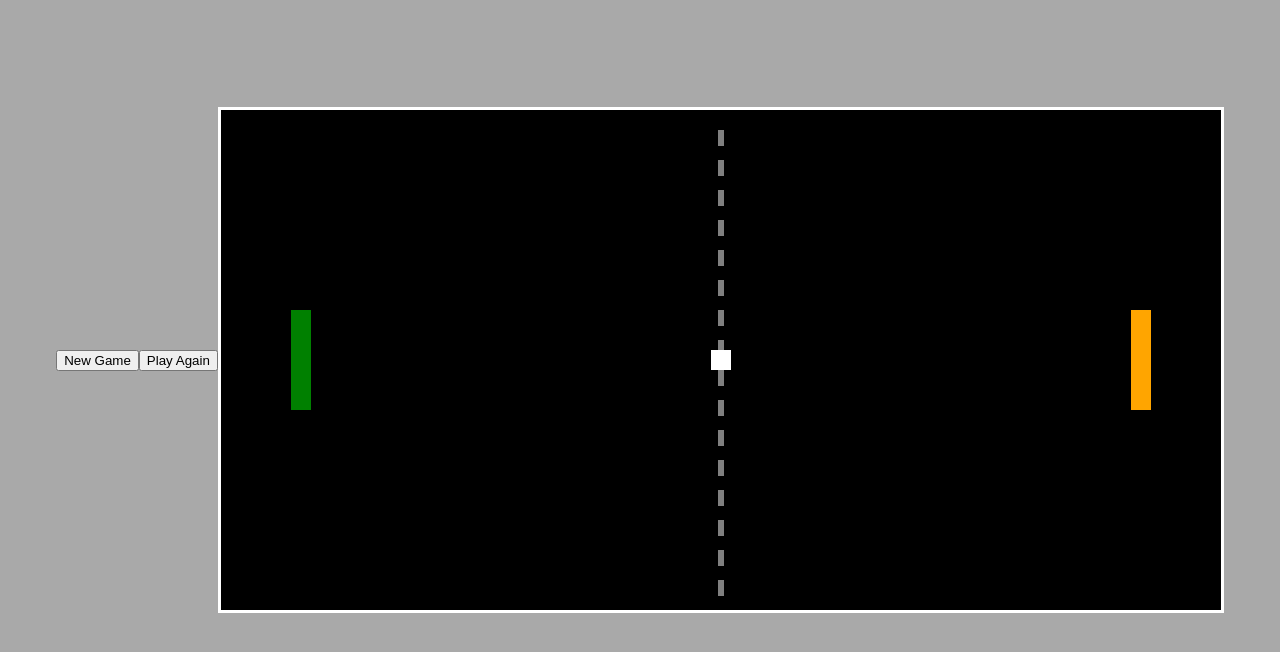
Repository: Dawid-Krasik/Ping-Pong.JS
Page: index.html
An editor plug-in stored every save of this project. The page is shown before and after the next save, followed by the edit.
The browser window is 1280 px wide. The pictures show the whole page.

Above is the page before, as saved 2019-09-29 20:38:09.

### index.html
<!DOCTYPE html>
<html lang="en">
<head>
    <meta charset="UTF-8">
    <meta name="viewport" content="width=device-width, initial-scale=1.0">
    <meta http-equiv="X-UA-Compatible" content="ie=edge">
    <script src="script.js" async></script>
    <link rel="stylesheet" type="text/css" href="style.css">
    <title>Game</title>
</head>
<body>
<button id="newGameButton">New Game</button>
<button id="playAgainButton">Play Again</button>
    <canvas>

    </canvas>

</body>
</html>

### script.js
/*
 * Pong Game
 *
 * made By Dawid .K
 *
 *
 */


// DOM documents and claim Varibles
const canvas = document.querySelector("canvas"),
      ctx = canvas.getContext("2d");
let newGameB = document.getElementById("newGameButton"),
    playAgainB = document.getElementById("playAgainButton");

    canvas.width = 1000;
    canvas.height = 500;

    // All Varibles

const cw = canvas.width;
const ch = canvas.height;

const ballSize = 20;
let ballX = cw / 2 - ballSize / 2
let ballY = ch / 2 - ballSize / 2

const paddleWidth = 20;
const paddleHieght = 100;

const playerX = 70;
const aiX = 910;

let playerY = 200;
let aiY = 200;

const lineWidth = 6;
const lineHeight = 16;

let ballSpeedX = 0;
let ballSpeedY = 0;

let playerPoints = 0;
let aiPoints = 0;

// Cumming Next

let gameStarted = false;
let gameOver = false;
let playerWon = false;

//buttons
function music (){
    let sound = new Audio("sound.mp3");
    sound.loop = true;
    sound.autoplay = true;
    sound.volume = 0.1;

}
function muteM() {
    let sound = new Audio("sound.mp3");
    sound.loop = true;
    sound.autoplay = true;
    sound.volume = 0.1;
    sound.stop = true;
}

newGameB.addEventListener('click', function () {

    gameStarted = false;
    gameOver = false;
    playerWon = false;
    music()

newGameButton.style.display = 'none';

    ballSpeedX = -1;
    ballSpeedY = 1;
});

playAgainB.addEventListener('click', function () {
    endGame()
    muteM()

});


                    /* Functions self descripting Name*/


//player paddel
function player() {
    ctx.fillStyle = 'green';
    ctx.fillRect(playerX, playerY, paddleWidth, paddleHieght);
}

// ai padeln
function ai() {
    ctx.fillStyle = 'orange';
    ctx.fillRect(aiX, aiY, paddleWidth, paddleHieght);
}

// Ball parameters
function ball(){
    ctx.fillStyle = 'white';
    ctx.fillRect(ballX, ballY, ballSize, ballSize);

    //adding movement into the ball
    ballX = ballX + ballSpeedX;
    ballY = ballY + ballSpeedY;

        // setting movement in to the ball top or bottom
        if (ballY <= 0 || ballY + ballSize >= ch ){
          ballSpeedY = -ballSpeedY;
          speedUp()
        }
        // Right and Left
        if (ballX <= 0 || ballX + ballSize >= cw) {
            ballSpeedX = -ballSpeedX;
            speedUp()
        }
}

// fuction discribe table
function table(){
    ctx.fillStyle = 'black';
    ctx.fillRect(0,0, cw, ch);

        // stetting the table to half
        for (let linePosition = 20; linePosition < ch; linePosition +=30){
            ctx.fillStyle = 'gray'
            ctx.fillRect(cw / 2 - lineWidth / 2 , linePosition,
                         lineWidth, lineHeight)
        }
}

//offset  space
topCanvas = canvas.offsetTop;
console.log(topCanvas)

// Function leting mouse control the paddle
function playerPosition (e){

   // console.log("Mouse Position", + (e.clientY - topCanvas));
    playerY = e.clientY - topCanvas - paddleHieght / 2;

    // if paddleHieght hit bottom
    // the position is set to 400 and paddel do
    // not crose the table any more
    if (playerY >= ch - paddleHieght ){
        playerY = ch - paddleHieght;
    }
        // {if} the paddel dont crose top border
        if (playerY <= 0){
            playerY = 0;
        }
}

// setting up speed after hiting borders X and Y
function speedUp(){

   // Speeding up X
    if (ballSpeedX > 0 && ballSpeedX < 16){
        ballSpeedX += 0.2;
    }
    else if (ballSpeedX < 0 && ballSpeedX > -16){
        ballSpeedX -= 0.5;
    }
    // Speeding up Y
    if (ballSpeedY > 0 && ballSpeedY < 16) {
        ballSpeedY += 0.5;
    }
    else if (ballSpeedY < 0 && ballSpeedY > -16) {
        ballSpeedY -= 0.5;
    }
}

// AI Movement function
function aiPosition(){

    const middlePaddel = aiY + paddleHieght / 2;
    const middleBall = ballY + ballSize / 2;

    if (ballX > 500){
        if (middlePaddel - middleBall > 200){
            aiY -= 15
        }
        else if (middlePaddel - middleBall > 50){
            aiY -= 10
        }
            if (middlePaddel - middleBall < -200){
                aiY += 15
            }
            else if (middlePaddel - middleBall < -50){
                aiY += 10
            }
    }
    else if (ballX <= 500 && ballX > 150){
        if (middlePaddel - middleBall > 100){
            aiY -= 5
        }
        else if (middlePaddel - middleBall < -100){
            aiY += 5
        }
    }
}

// funciont adding score
function score (){

    if (ballX <= 20 && aiPoints < 3) {
        aiPoints += 1;
        ballX = cw / 2 - ballSize / 2
        console.log(aiPoints + " " + "Punkty AI ");
        ballSpeedX = 5;
        ballSpeedY = -5;
    }

    if (ballX >= 965 && playerPoints < 3) {
        playerPoints += 1;
        ballX = cw / 2 - ballSize / 2
        console.log(playerPoints + " " + "Punkty gracza");
        ballSpeedX = -5;
        ballSpeedY =  5;
    }
}

// funcion reseting the game
function endGame (){

    ballX = cw / 2 - ballSize / 2
    ballY = ch / 2 - ballSize / 2
    ballSpeedX = 0;
    ballSpeedY = 0;
    playerPoints = 0;
    aiPoints = 0;
    newGameButton.style.display = 'inline';
}

// funcion ending the game affter some 1 get 10 score
     function checkForEnd(){
        if (playerPoints >= 3){
        console.log ("Player Won");
        endGame()
         }

        if (aiPoints >= 3) {
        console.log("Computer Won");
        endGame()
        }
}

// function that check the pozition of the paddle and ball interact with them and return in oposit direction
 function testH(){
     // player Paddle
     if (ballX <= playerX + paddleWidth &&
         ballY >= playerY -20 &&
         ballY <= playerY + paddleHieght ||
         ballX >= cw)
         ballSpeedX = -ballSpeedX;
    //Ai Paddle
    if (ballX >= aiX - paddleWidth &&
         ballY >= aiY - 20 &&
         ballY <= aiY + paddleHieght ||
         ballX >= cw)
         ballSpeedX = -ballSpeedX;
 }




canvas.addEventListener("mousemove", playerPosition)

function game (){
table()
ball()
player()
ai()
aiPosition()
score()
checkForEnd()
testH()
}

setInterval(game,1000 / 60)

            /*

        Pland to do lista :
    -dodać dzwiek do gry
    -dodać dzwiek do odbijania piłeczki
    -dodać okno z punktami
    -dodać poziomy trudności
    -zoptymalizować przyciski


            */

### style.css
body {
    margin:0;
    padding: 0;
    display:flex;
    align-items: center;
    justify-content: center;
    height: 100vh;
    background-color: darkgray;

}
canvas{
   border: 3px solid white;
  /*  */
}

After the next save:
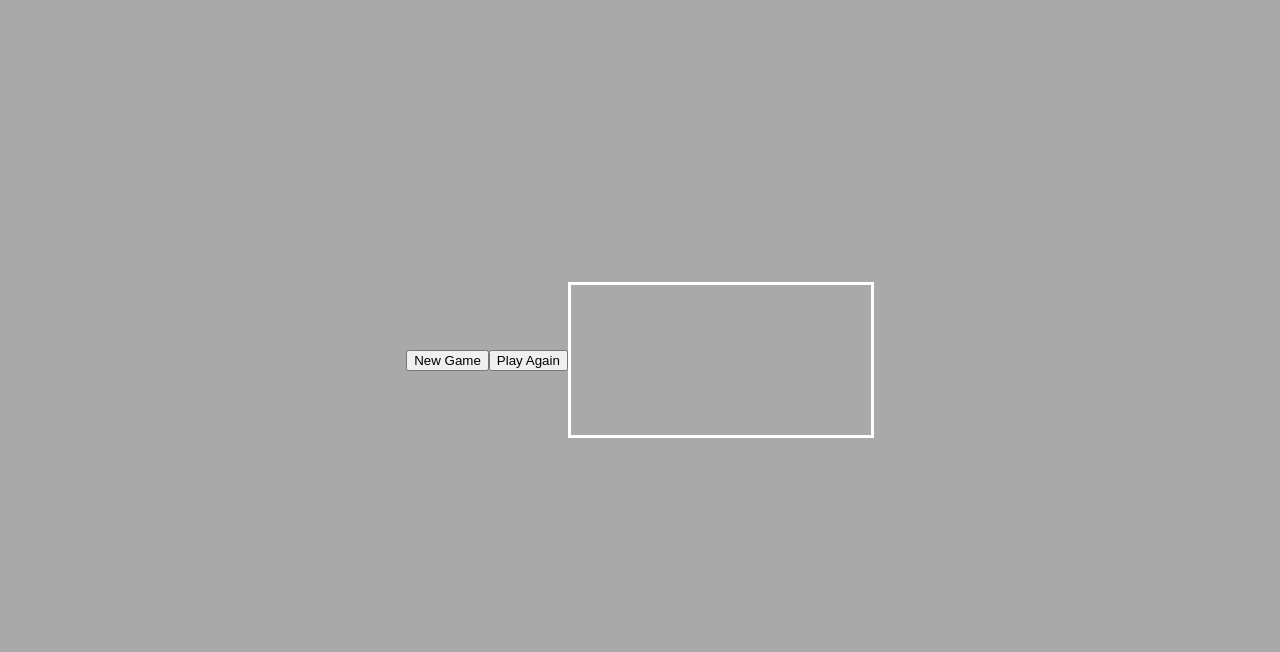
Console error: SyntaxError: Unexpected end of input
Saved 32 s later.
--- a/script.js
+++ b/script.js
@@ -72,16 +72,9 @@
     playerWon = false;
     music()
 
-newGameButton.style.display = 'none';
-
-    ballSpeedX = -1;
-    ballSpeedY = 1;
-});
-
 playAgainB.addEventListener('click', function () {
     endGame()
     muteM()
-
 });
 
 

After the 2 saves that followed:
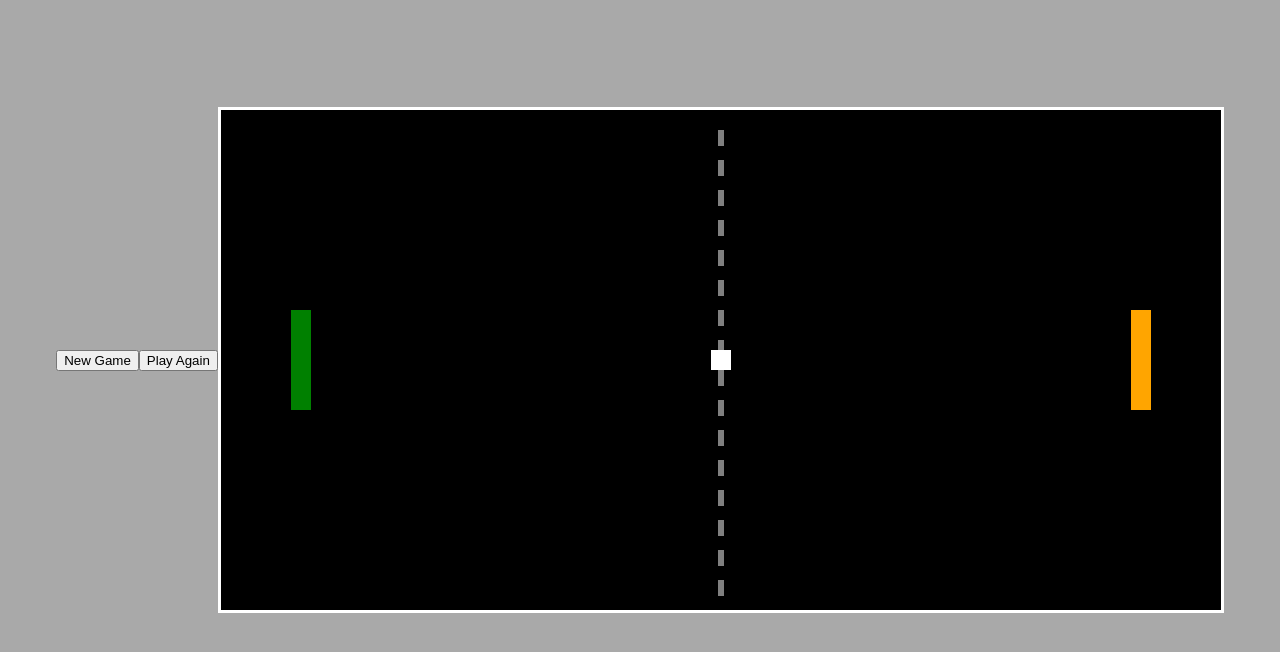
The error is gone.
The 2 saves are shown as one change because 1 left the picture as it was.
The last was saved 60 s later.
--- a/script.js
+++ b/script.js
@@ -71,6 +71,12 @@
     gameOver = false;
     playerWon = false;
     music()
+
+newGameButton.style.display = 'none';
+
+    ballSpeedX = -1;
+    ballSpeedY = 1;
+});
 
 playAgainB.addEventListener('click', function () {
     endGame()
